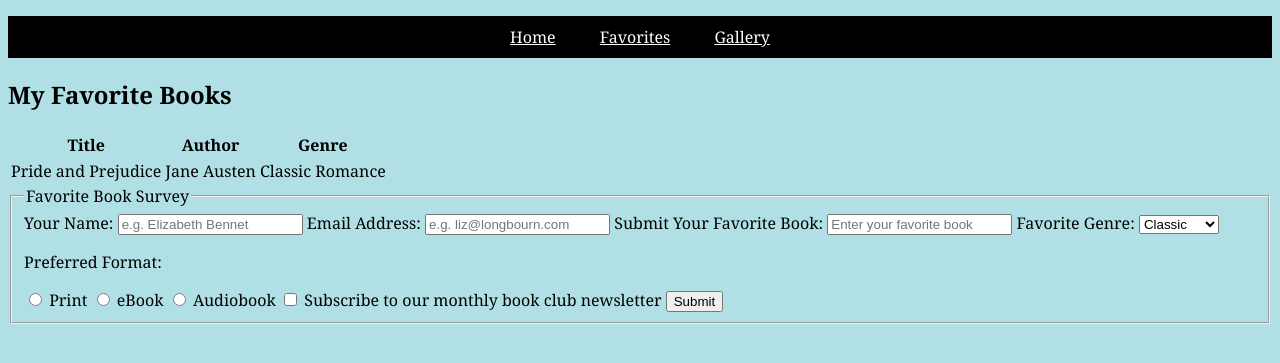
Repository: Brittany-Westlund/WebDesign
Page: Assignment3/favorites.html
These files come from the project's save history. The page is drawn as it stood at one moment and after the next save; the edit follows.
The browser window is 1280 px wide. The pictures show the whole page.

Above is the page before, as saved 2025-06-03 23:57:35.

After the next save:
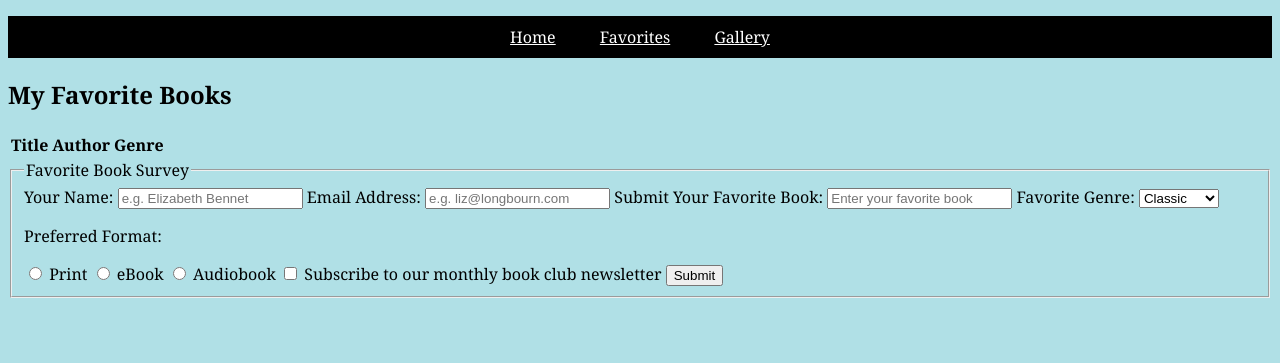
Saved 60 s later.
--- a/Assignment3/favorites.html
+++ b/Assignment3/favorites.html
@@ -25,11 +25,11 @@
     <th>Genre</th>
   </tr>
  <tbody>
-  <tr>
+  <!--<tr>
     <td>Pride and Prejudice</td>
     <td>Jane Austen</td>
     <td>Classic Romance</td>
-  </tr>
+  </tr> -->
  </tbody>
 </table>
 

After the save that followed:
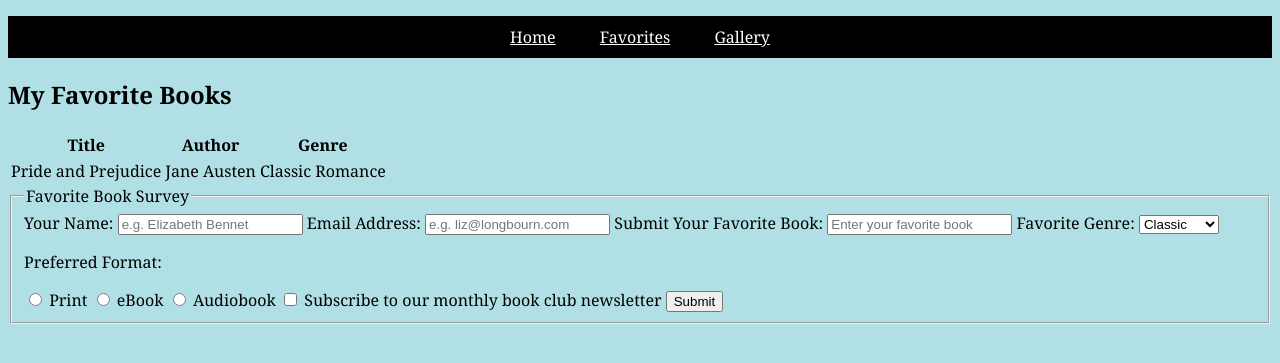
Saved 2 min 14 s later.
--- a/Assignment3/favorites.html
+++ b/Assignment3/favorites.html
@@ -25,11 +25,11 @@
     <th>Genre</th>
   </tr>
  <tbody>
-  <!--<tr>
+  <tr>
     <td>Pride and Prejudice</td>
     <td>Jane Austen</td>
     <td>Classic Romance</td>
-  </tr> -->
+  </tr>
  </tbody>
 </table>
 
